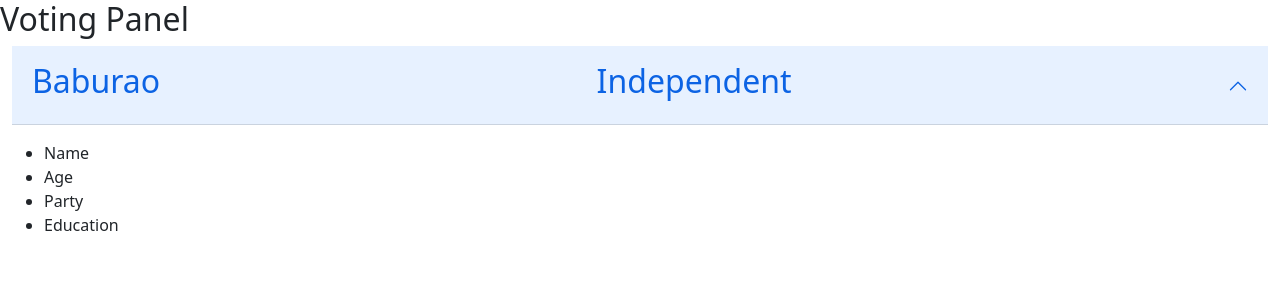
Repository: DavidManiIbrahim/Voting-app
Page: panel.html
An editor plug-in stored every save of this project. The page is shown before and after the next save, followed by the edit.
The browser window is 1280 px wide. The pictures show the whole page.

Above is the page before, as saved 2025-01-20 05:23:14.

After the next save:
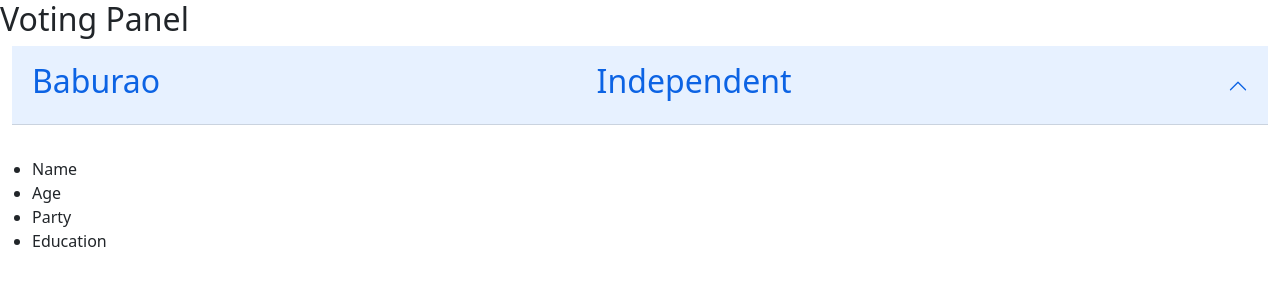
Saved 9 s later.
--- a/panel.html
+++ b/panel.html
@@ -19,7 +19,7 @@
             <img src="" alt="">
         </button>
 <p >
-    <ul class="accordio">
+    <ul class="accordion-body">
         <li>Name</li>
         <li>Age</li>
         <li>Party</li>
